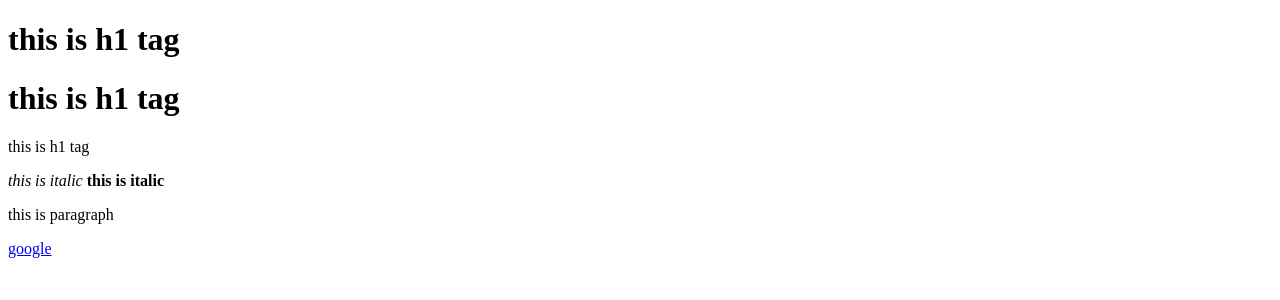
Repository: viveknaidu007/repo-113-HTML
Page: 7.html
The author's editor kept a copy of each file at every save. The page is drawn from the files as they stood at one save, then again after the next save.
The browser window is 1280 px wide. The pictures show the whole page.

Above is the page before, as saved 2024-06-12 23:26:27.

### 7.html
<!DOCTYPE html>
<html>
    <head>
        <title> image tag demo </title>
    </head>

    <body>
        <h1> this is h1 tag </h1>
        <h1> this is h1 tag </h1>
        <p> this is h1 tag </p>
        <i> this is italic </i>  <b> this is italic</b>
        <p> this is paragraph</p>
        <a href="https://www.google.com"> google </a>

    </body>

</html>

After the next save:
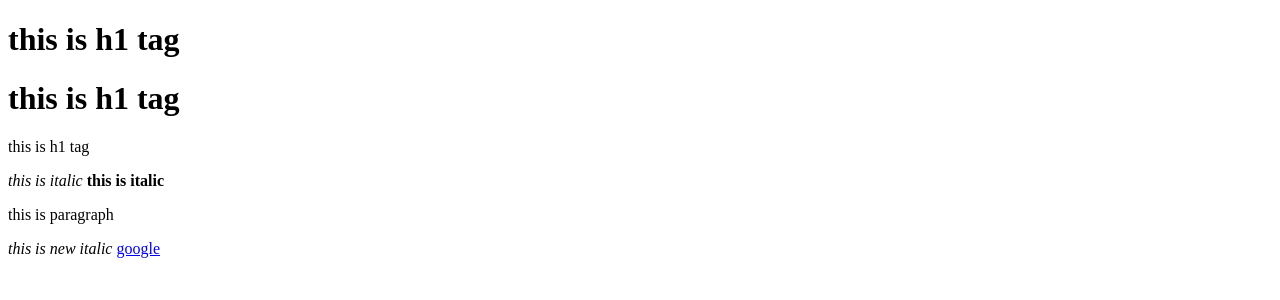
Saved 5 min 47 s later.
--- a/7.html
+++ b/7.html
@@ -10,6 +10,7 @@
         <p> this is h1 tag </p>
         <i> this is italic </i>  <b> this is italic</b>
         <p> this is paragraph</p>
+        <i> this is new italic</i>
         <a href="https://www.google.com"> google </a>
 
     </body>
